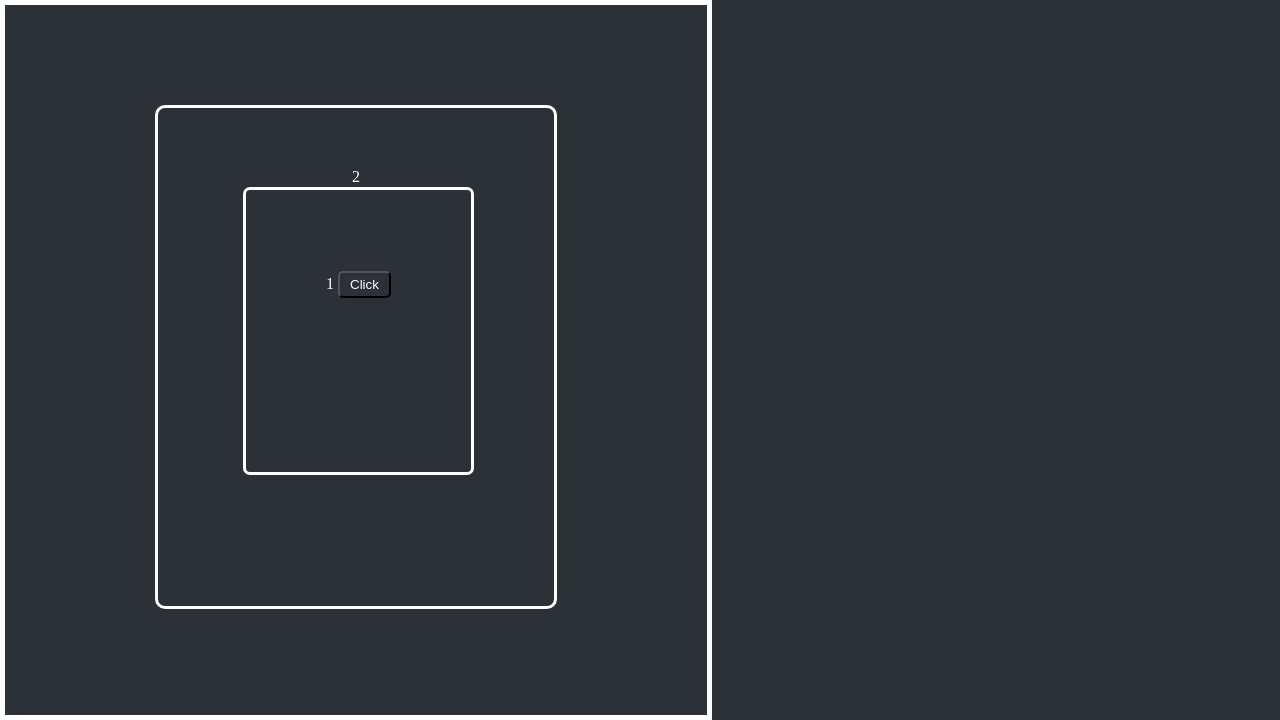
Repository: wakoya-tech/react-project
Page: Desktop/shaakala/hara/index.html
These files come from the project's save history. The page is drawn as it stood at one moment and after the next save; the edit follows.
The browser window is 1280 px wide. The pictures show the whole page.

Above is the page before, as saved 2025-08-29 16:38:38.

### Desktop/shaakala/hara/index.html
<!DOCTYPE html>
<html lang="en">
<head>
    <meta charset="UTF-8">
    <meta name="viewport" content="width=device-width, initial-scale=1.0">
    <title>Document</title>
</head>
<style>
    *{
        box-sizing: border-box;
        margin: 0;
        padding: 0;

    }
    body{
        border: 5px solid white;
        position: fixed;
        height: 100vh;
        background-color: rgb(43, 49, 54);
      overflow: hidden;
    }
    .div2 {

        border: 3px solid white;
        margin: 100px 150px 10px 150px;
        color: white;

        text-align: center;
        justify-items: center;
        height: 70vh;
        padding-top: 60px;
        border-radius: 10px;

    }
    .div1{
        border: 3px solid white;
        margin: 1px 80px 90px 85px;
        color: white;
        padding: 80px 80px 60px 80px;
        height: 40vh;
        text-align: center;
        align-items: center;
        border-radius: 7px;
    }
    button {
        text-align: center;
        align-items: center;
        background-color: rgb(43, 49, 54);
        color: white;
        padding: 4px 10px 4px 10px;
        border-radius: 5px;
        margin-top: 1px;
    }

</style>
<body>

    <div class="div2">
        2
        <div class="div1">
            1
            <button>Click</button>
        </div>
    </div>
    <script src="../hara/script.js"></script>
</body>
</html>

Loaded but not shown: Desktop/shaakala/hara/script.js (no stored copy; drawn as an empty file)

After the next save:
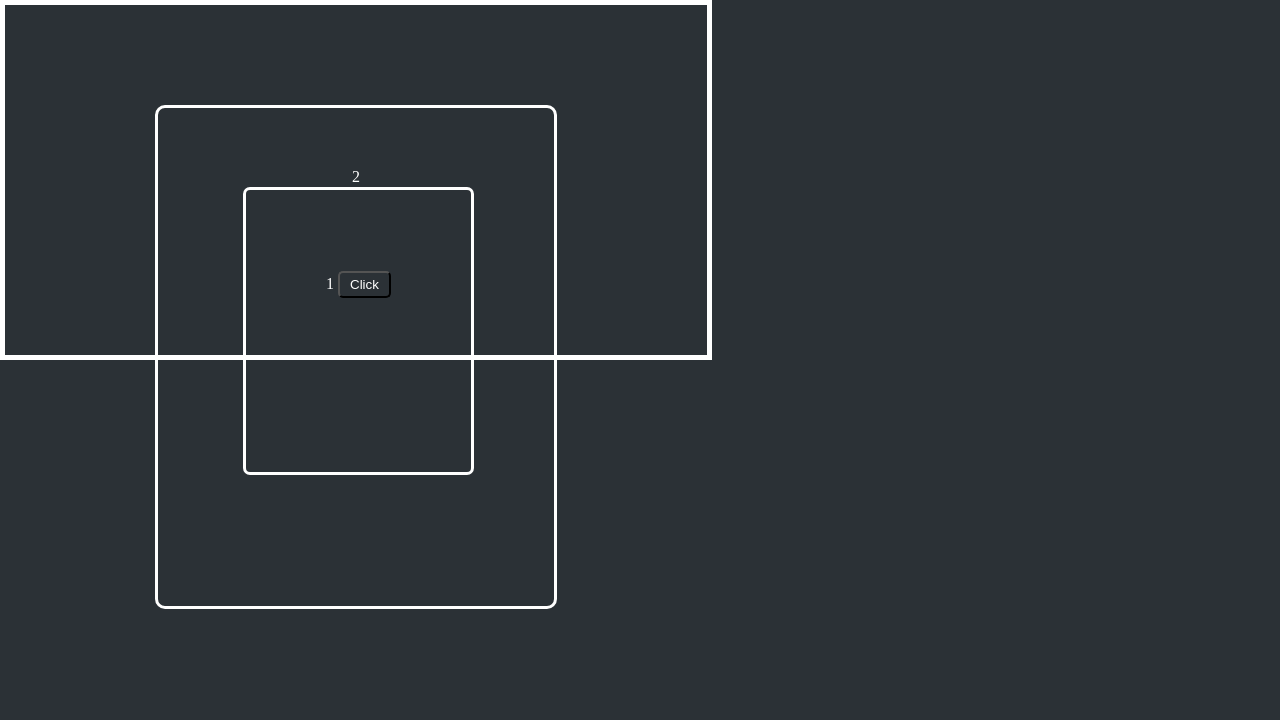
Saved 2 h 43 min later.
--- a/Desktop/shaakala/hara/index.html
+++ b/Desktop/shaakala/hara/index.html
@@ -15,7 +15,7 @@
     body{
         border: 5px solid white;
         position: fixed;
-        height: 100vh;
+        height: 50vh;
         background-color: rgb(43, 49, 54);
       overflow: hidden;
     }

After the save that followed:
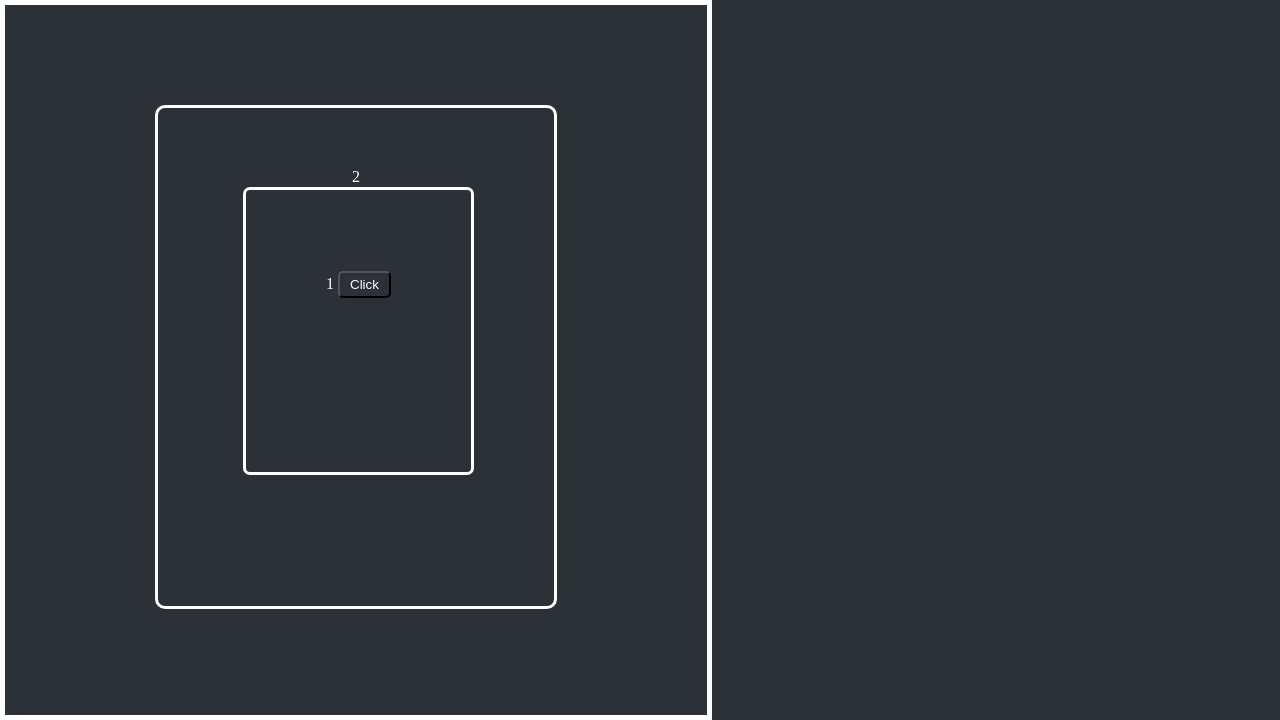
Saved 13 s later.
--- a/Desktop/shaakala/hara/index.html
+++ b/Desktop/shaakala/hara/index.html
@@ -15,7 +15,7 @@
     body{
         border: 5px solid white;
         position: fixed;
-        height: 50vh;
+        height: 100vh;
         background-color: rgb(43, 49, 54);
       overflow: hidden;
     }
